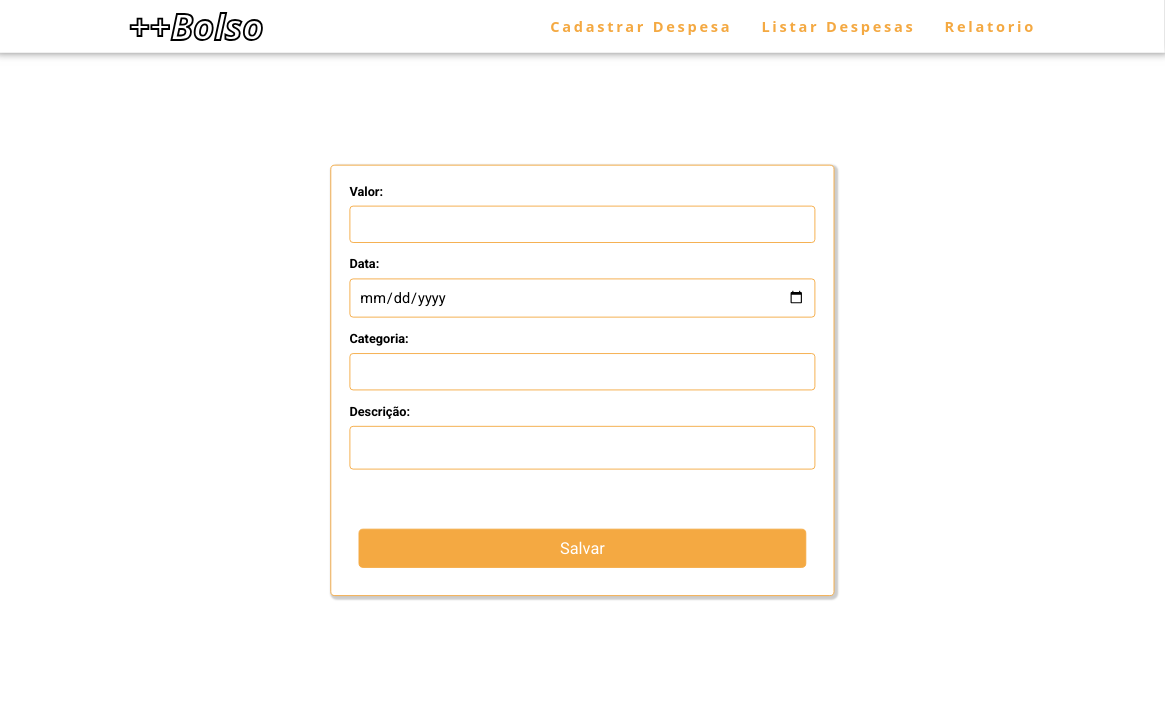
Repository: alexsanderkafka/java-servlets
Page: http://localhost/SaveMoney/cadastrarDespesa.jsp
The author's editor kept a copy of each file at every save. The page is drawn from the files as they stood at one save, then again after the next save.
The browser window is 1280 px wide. The pictures show the whole page, at 91% of full size.
The page is served by Tomcat 9. Nobody is signed in. The application's start-up code is not run. Other server files are loaded and not shown.

Above is the page before, as saved 2024-10-07 17:42:37.

### SaveMoney/src/main/webapp/cadastrarDespesa.jsp
<%@ page language="java" contentType="text/html; charset=UTF-8"
    pageEncoding="UTF-8"%>
<!DOCTYPE html>
<html>
<head>
	<meta charset="UTF-8">
	<title>Cadastrar Despesa</title>
	<link rel="stylesheet" href="styles/style.css">
</head>
<body>
	<header>
        <nav>
          <div class="logo">
          	<h1>++Bolso</h1>
          </div>
          <ul class="nav-list">
            <li><a href="###">Cadastrar Despesa</a></li>
            <li><a href="###">Listar Despesas</a></li>
            <li><a href="###">Relatorio</a></li>
          </ul>
        </nav>
    </header>

	<div class="container-initial">
        <div class="box-register">
        	<label>Valor: </label>
        	<input type="number">
        	<label>Data: </label>
        	<input type="date">
        	<label>Categoria: </label>
        	<input type="text">
        	<label>Descrição: </label>
        	<textarea rows="5" cols="2"></textarea>
        	<button class="primary-buttons">Salvar</button>
        </div>
    </div>

</body>
</html>

### SaveMoney/src/main/webapp/styles/style.css
@import url('https://fonts.googleapis.com/css2?family=Roboto:ital,wght@0,100;0,300;0,400;0,500;0,700;0,900;1,100;1,300;1,400;1,500;1,700;1,900&display=swap');

html, body, div, span, applet, object, iframe,
h1, h2, h3, h4, h5, h6, p, blockquote, pre,
a, abbr, acronym, address, big, cite, code,
del, dfn, em, img, ins, kbd, q, s, samp,
small, strike, strong, sub, sup, tt, var,
b, u, i, center,
dl, dt, dd, ol, ul, li,
fieldset, form, label, legend,
table, caption, tbody, tfoot, thead, tr, th, td,
article, aside, canvas, details, embed,
figure, figcaption, footer, header, hgroup,
menu, nav, output, ruby, section, summary,
time, mark, audio, video {
    margin: 0;
    padding: 0;
    border: 0;
    font-size: 100%;
    font: inherit;
    vertical-align: baseline;
}

html, body {
    height: 100%;
    margin: 0;
    padding: 0;
}


header{
    background-color: white;
    /* position: sticky;*/
    z-index: 999;
    top: -10px;
    box-shadow: 0 -6px 10px 5px rgba(0,0,0,0.6);
}

.logo h1{
    font-size: 40px;
    font-style: italic;
    font-weight: bold;
    color: #FFF;
    -webkit-text-stroke: 2px #000;
}

nav{
    display: flex;
    justify-content: space-around;
    align-items: center;
    font-family: system-ui, -apple-system, Helvetica, Arial, sans-serif;
    height: 8vh;
}

.nav-list{
    list-style: none;
    display: flex;
}

.nav-list li {
    letter-spacing: 3px;
    margin-left: 32px;
}

.nav-list li a{
    text-decoration: none;
    color: #F4A942;
    font-weight: bold;

}

.nav-list li a:hover{
	color: #f7b64e;
}


/*CSS INDEX*/
.container-initial {
    width: 100%;
    height: 100%;
    display: flex;
    flex-direction: column;
    justify-content: center;
    align-items: center;
}

.container-initial h1{
    font-size: 64px;
    font-family: "Roboto", system-ui;
    font-weight: 600;
    text-decoration: underline;
    text-decoration-color: #F4A942;
    margin-bottom: 25px;
}

.box-menu {
    width: 300px;
    height: 300px;
    background: white;
    border: 1px solid #F4A942;
    border-radius: 5px;
    display: flex;
    flex-direction: column;
    justify-content: center;
    box-shadow: 2px 2px 2px 2px rgba(0, 0, 0, 0.2);
}


.primary-buttons{
	margin: 10px;
	padding: 10px;
	border: 1px solid #F4A942;
	background: #F4A942;
	border-radius: 5px;
	color: white;
	font-weight: 400;
	font-family: "Roboto", system-ui;
	font-size: 18px;
	transition: background-color 0.5s ease;
}

.primary-buttons:hover{
	background-color: #f7b64e;
}

/*CSS PAGINA CADASTRO DE DESPESA*/
.container-initial {
    font-family: 'Roboto', sans-serif;
}

.box-register {
    width: 40%;
    height: 60%;
    background: white;
    border: 1px solid #F4A942;
    border-radius: 5px;
    padding: 20px;

    display: flex;
    flex-direction: column;
    box-shadow: 2px 2px 2px 2px rgba(0, 0, 0, 0.2);
}

.container-initial label {
    display: block;
    margin-bottom: 8px;
    font-weight: bold;
    font-size: 14px;
    color: #000;
}

.container-initial input,
.container-initial textarea {
    width: 100%;
    padding: 10px;
    margin-bottom: 15px;
    border: 1px solid #F4A942;
    border-radius: 4px;
    box-sizing: border-box;
    font-family: 'Roboto', sans-serif;
    font-size: 16px;
}

.container-initial textarea {
    resize: none;
}

.box-register .primary-buttons{
	margin-top: 50px;
}

/*CSS PAGINA LISTA DE DESPESAS*/
.teste{
	width: 100%;
	height: 50%;
	background: #000;
}

After the next save:
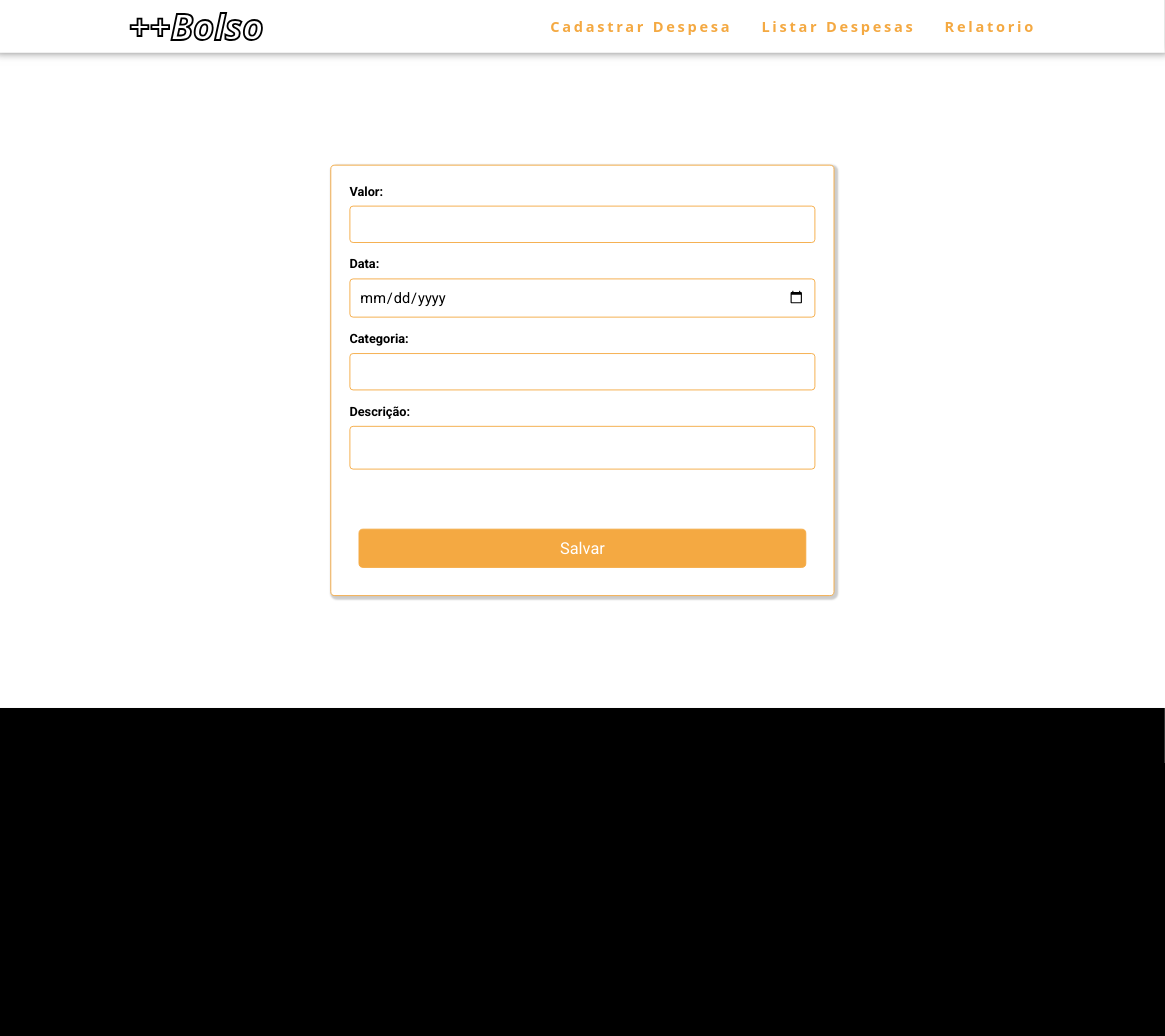
Saved 23 s later.
--- a/SaveMoney/src/main/webapp/cadastrarDespesa.jsp
+++ b/SaveMoney/src/main/webapp/cadastrarDespesa.jsp
@@ -35,5 +35,9 @@
         </div>
     </div>
 
+    <div class="teste">
+        <h1>++Bolso</h1>
+    </div>
+
 </body>
 </html>
